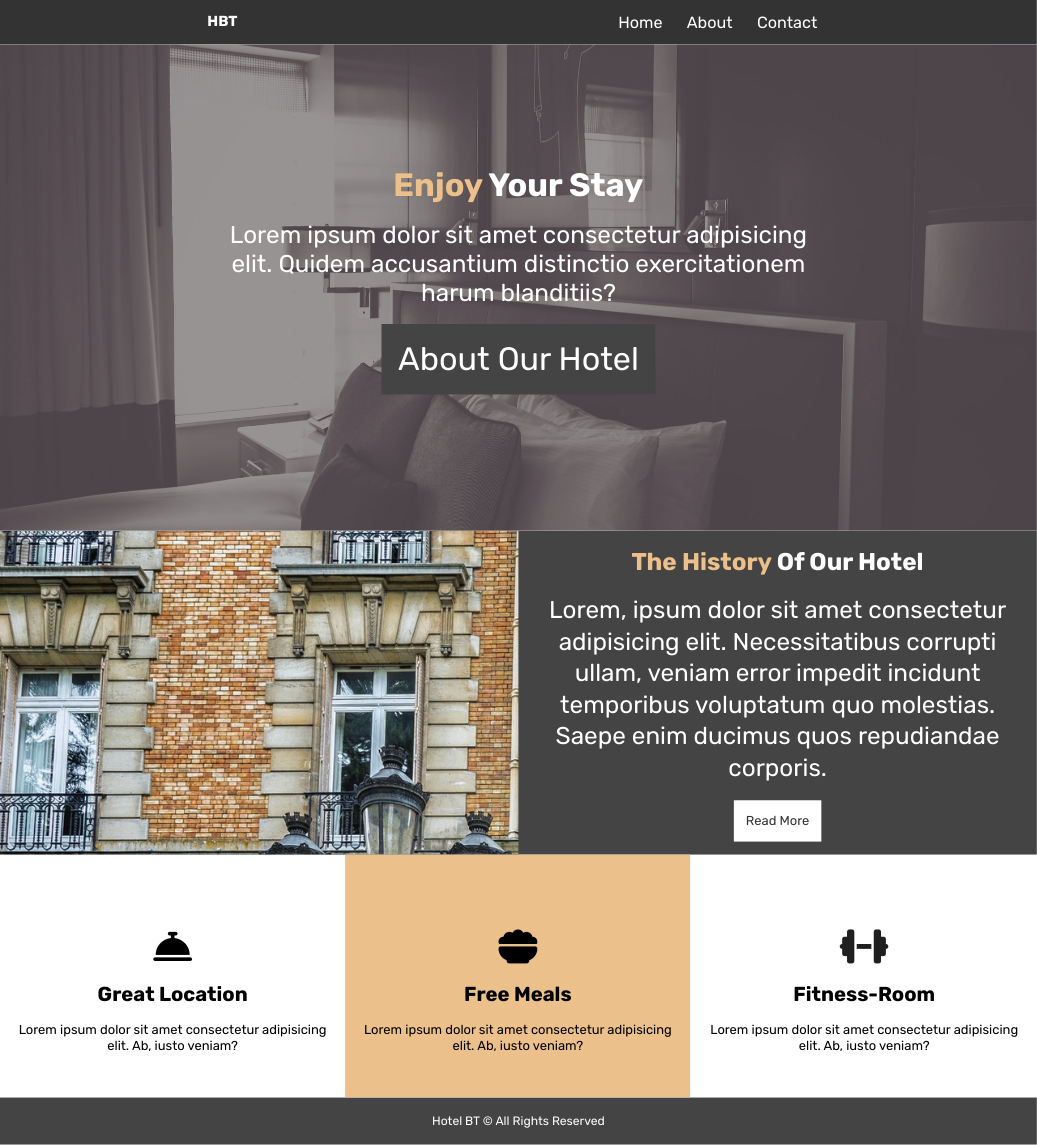
Repository: reemoon-ctrl/35---hotel-website
Page: index.html
These files come from the project's save history. The page is drawn as it stood at one moment and after the next save; the edit follows.
The browser window is 1280 px wide. The pictures show the whole page, at 81% of full size.
Some web libraries are served in a nearby version.

Above is the page before, as saved 2024-07-24 19:45:53.

After the next save:
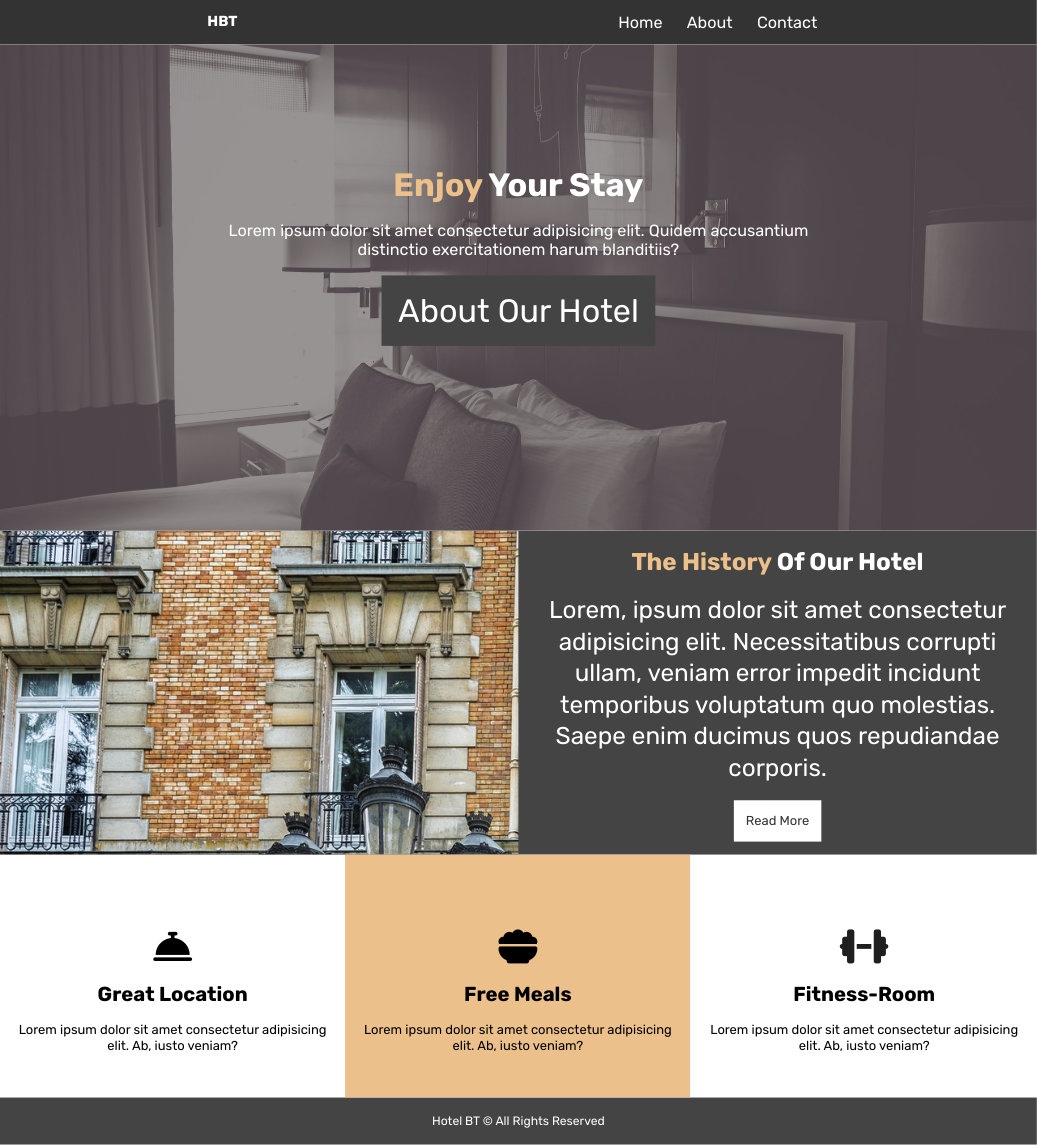
Saved 5 s later.
--- a/index.css
+++ b/index.css
@@ -86,7 +86,7 @@
 
 .mainheadertxt p{
     margin:20px;
-    font-size: 30px;
+    font-size: 20px;
 }
 .mainheadertxt a{
     position:relative;
